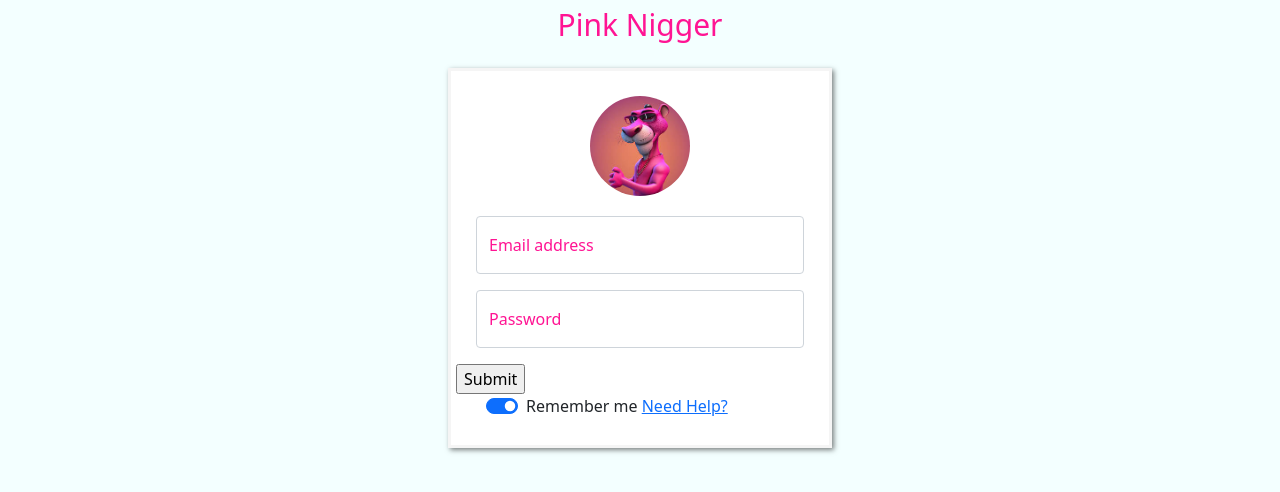
Repository: letscodeshivansh/MakeMyWork-MERN
Page: templates/signup.html
The author's editor kept a copy of each file at every save. The page is drawn from the files as they stood at one save, then again after the next save.
The browser window is 1280 px wide. The pictures show the whole page.

Above is the page before, as saved 2024-05-31 01:13:07.

After the next save:
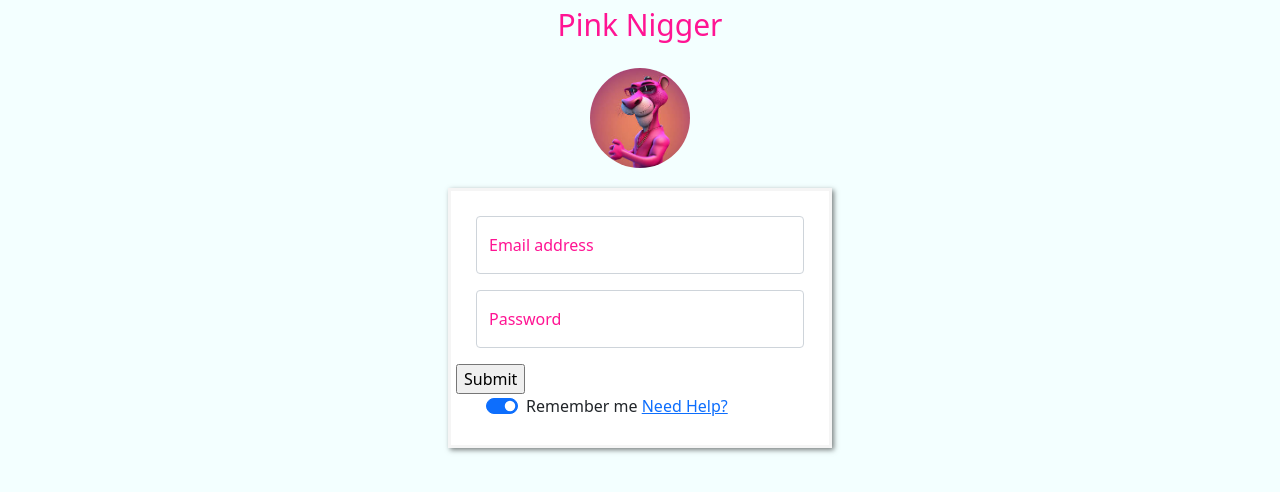
Saved 12 s later.
--- a/templates/signup.html
+++ b/templates/signup.html
@@ -16,7 +16,7 @@
     </div>
 
     <div>
-      <form>
+    </form>
         <div class="image">
           <img src="download.jpeg" alt = "LOGO">
         </div>

After the 2 saves that followed:
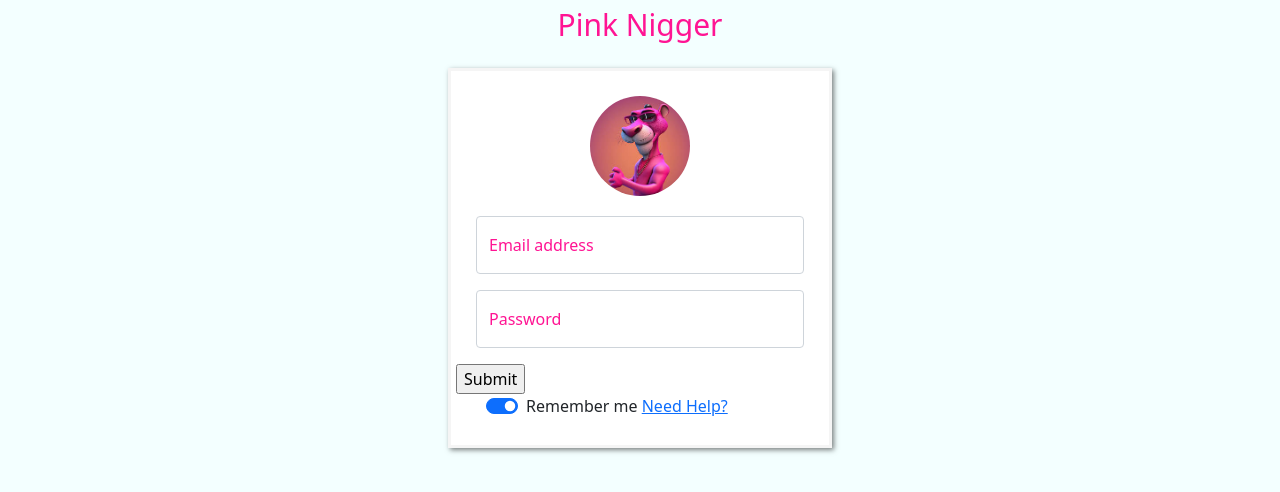
The 2 saves are shown as one change because they came seconds apart.
The last was saved 8 s later.
--- a/templates/signup.html
+++ b/templates/signup.html
@@ -16,7 +16,7 @@
     </div>
 
     <div>
-    </form>
+      <form>
         <div class="image">
           <img src="download.jpeg" alt = "LOGO">
         </div>
